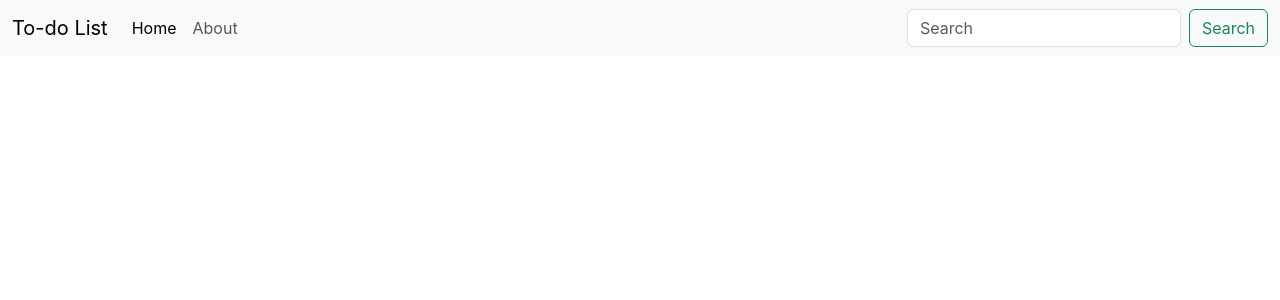
Repository: AshwinUgale/ToDoList
Page: /
An editor plug-in stored every save of this project. The page is shown before and after a run of saves, followed by the edit.
The browser window is 1280 px wide. The pictures show the whole page.
The project was rebuilt for these pictures with package versions that can differ from the ones it lists, and the page was loaded fresh each time. Also part of the build but not shown: src/App.css.

Above is the page before, as saved 2024-12-20 20:59:46.

After the next 2 saves:
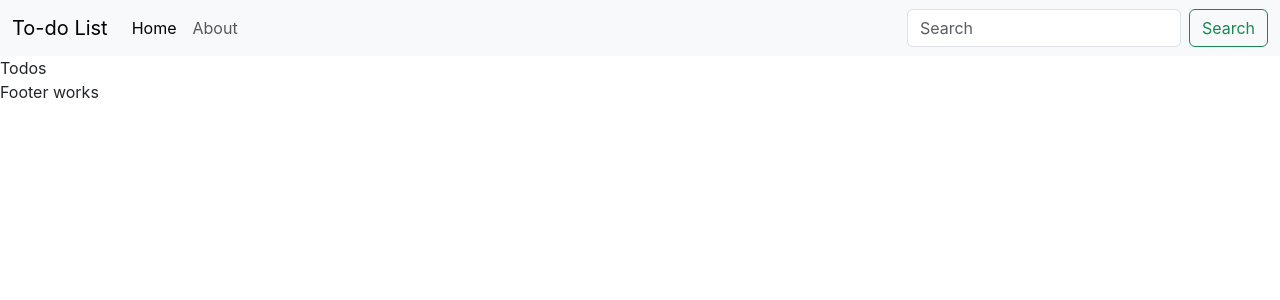
The 2 saves are shown as one change because 1 did not build or start.
The last was saved 2 min 43 s later.
--- a/src/App.js
+++ b/src/App.js
@@ -1,10 +1,15 @@
 import logo from './logo.svg';
 import './App.css';
 import Header from './MyComponents/Header';
+import {Footer} from "./MyComponents/Footer";
+import {Todos} from "./MyComponents/Todos";
+
 function App() {
   return (
     <>
     <Header/>
+    <Todos/>
+    <Footer/>
     </>
   );
 }
